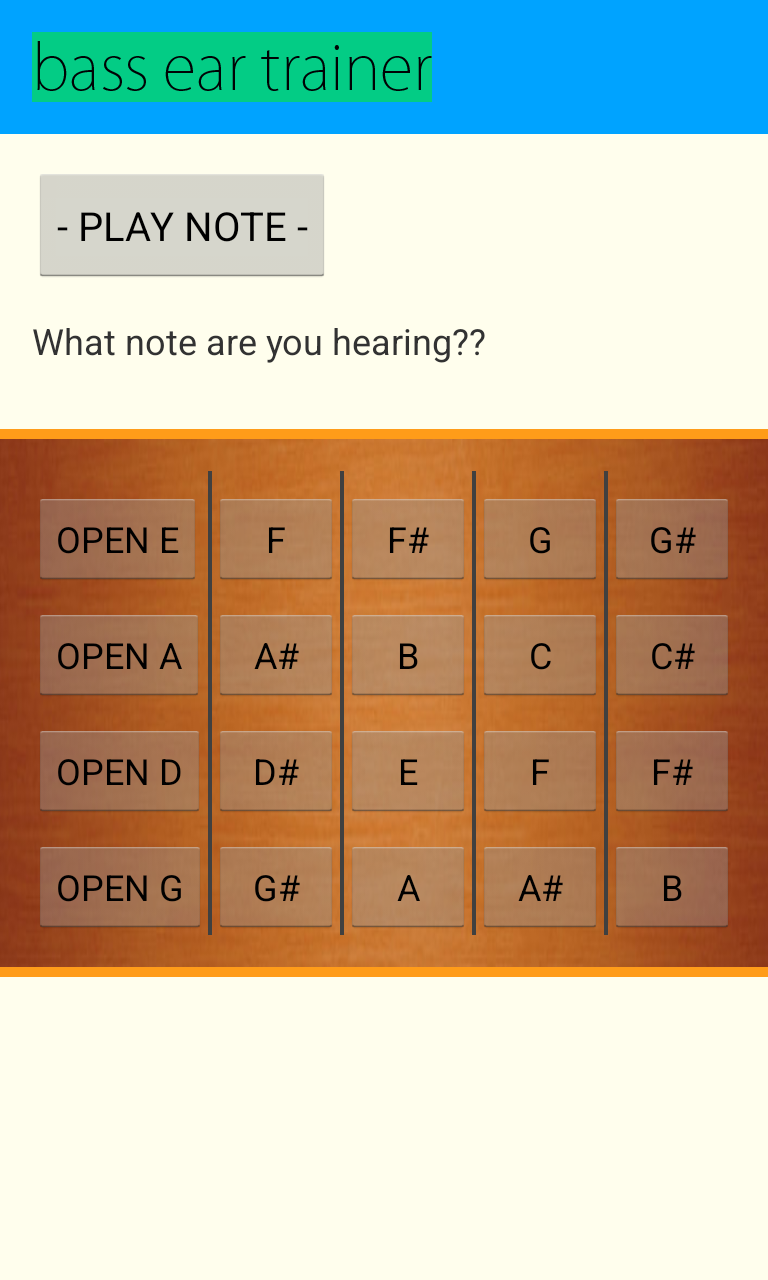
Repository: elliott-ribner/android-guitar-trainer
Layout: randomnotegenerator/res/layout/activity_main.xml
An editor plug-in stored every save of this project. The layout is shown before and after the next save, followed by the edit.
It is drawn on a 768 x 1280 px phone screen (xhdpi) without system bars, with theme AppTheme; the app's code is not run.

Above is the layout before, as saved 2014-06-09 01:37:56.

### randomnotegenerator/res/layout/activity_main.xml
<LinearLayout xmlns:android="http://schemas.android.com/apk/res/android"
    xmlns:tools="http://schemas.android.com/tools"
    android:layout_width="match_parent"
    android:layout_height="match_parent"
    android:background="#FFFEED"
    android:orientation="vertical"
    tools:context="com.elliott.randomnotegenerator.MainActivity$PlaceholderFragment" >

    <LinearLayout
        android:layout_width="fill_parent"
        android:layout_height="wrap_content"
        android:background="#00A3FF"
        android:paddingBottom="@dimen/activity_vertical_margin"
        android:paddingLeft="@dimen/activity_horizontal_margin"
        android:paddingRight="@dimen/activity_horizontal_margin"
        android:paddingTop="@dimen/activity_vertical_margin" >

        <LinearLayout
            android:layout_width="wrap_content"
            android:layout_height="wrap_content"
            android:background="@drawable/title"
            android:paddingBottom="@dimen/activity_vertical_margin"
            android:paddingLeft="@dimen/activity_horizontal_margin"
            android:paddingRight="@dimen/activity_horizontal_margin"
            android:paddingTop="@dimen/activity_vertical_margin" />
    </LinearLayout>

    <LinearLayout
        android:layout_width="fill_parent"
        android:layout_height="wrap_content"
        android:orientation="vertical"
        android:paddingBottom="@dimen/activity_vertical_margin"
        android:paddingLeft="@dimen/activity_horizontal_margin"
        android:paddingRight="@dimen/activity_horizontal_margin"
        android:paddingTop="@dimen/activity_vertical_margin" >

        <Button
            android:id="@+id/ButtonPlay"
            android:layout_width="wrap_content"
            android:layout_height="wrap_content"
            android:paddingBottom="@dimen/activity_vertical_margin"
            android:paddingTop="@dimen/activity_vertical_margin"
            android:text="@string/play"
            android:textSize="20sp" />

        <TextView
            android:id="@+id/promptBox"
            android:layout_width="wrap_content"
            android:layout_height="wrap_content"
            android:paddingBottom="@dimen/activity_vertical_margin"
            android:paddingTop="@dimen/activity_vertical_margin"
            android:text="@string/prompt"
            android:textSize="18sp" />
    </LinearLayout>

    <LinearLayout
        android:layout_width="fill_parent"
        android:layout_height="5dip"
        android:background="#FF9C19"
        android:paddingBottom="@dimen/activity_vertical_margin"
        android:paddingLeft="@dimen/activity_horizontal_margin"
        android:paddingRight="@dimen/activity_horizontal_margin"
        android:paddingTop="@dimen/activity_vertical_margin" />

    <LinearLayout
        android:layout_width="fill_parent"
        android:layout_height="wrap_content"
        android:background="@drawable/background"
        android:orientation="horizontal"
        android:paddingBottom="@dimen/activity_vertical_margin"
        android:paddingLeft="@dimen/activity_horizontal_margin"
        android:paddingRight="@dimen/activity_horizontal_margin"
        android:paddingTop="@dimen/activity_vertical_margin" >

        <LinearLayout
            android:layout_width="wrap_content"
            android:layout_height="wrap_content"
            android:orientation="vertical" >

            <Button
                android:id="@+id/ButtonEL"
                android:layout_width="wrap_content"
                android:layout_height="wrap_content"
                android:layout_marginTop="10dp"
                android:text="@string/el" />

            <Button
                android:id="@+id/ButtonAL"
                android:layout_width="wrap_content"
                android:layout_height="wrap_content"
                android:layout_marginTop="10dp"
                android:text="@string/al" />

            <Button
                android:id="@+id/ButtonD"
                android:layout_width="wrap_content"
                android:layout_height="wrap_content"
                android:layout_marginTop="10dp"
                android:text="@string/d" />

            <Button
                android:id="@+id/ButtonG"
                android:layout_width="wrap_content"
                android:layout_height="wrap_content"
                android:layout_marginTop="10dp"
                android:text="@string/g" />
        </LinearLayout>

        <View
            android:layout_width="2dip"
            android:layout_height="fill_parent"
            android:background="#404040" />

        <LinearLayout
            android:layout_width="wrap_content"
            android:layout_height="wrap_content"
            android:orientation="vertical" >

            <Button
                android:id="@+id/ButtonFL"
                android:layout_width="wrap_content"
                android:layout_height="wrap_content"
                android:layout_marginTop="10dp"
                android:text="@string/fl" />

            <Button
                android:id="@+id/ButtonASL"
                android:layout_width="wrap_content"
                android:layout_height="wrap_content"
                android:layout_marginTop="10dp"
                android:text="@string/asl" />

            <Button
                android:id="@+id/ButtonDS"
                android:layout_width="wrap_content"
                android:layout_height="wrap_content"
                android:layout_marginTop="10dp"
                android:text="@string/ds" />

            <Button
                android:id="@+id/ButtonGS"
                android:layout_width="wrap_content"
                android:layout_height="wrap_content"
                android:layout_marginTop="10dp"
                android:text="@string/gs" />
        </LinearLayout>

        <View
            android:layout_width="2dip"
            android:layout_height="fill_parent"
            android:background="#404040" />

        <LinearLayout
            android:layout_width="wrap_content"
            android:layout_height="wrap_content"
            android:orientation="vertical" >

            <Button
                android:id="@+id/ButtonFSL"
                android:layout_width="wrap_content"
                android:layout_height="wrap_content"
                android:layout_marginTop="10dp"
                android:text="@string/fsl" />

            <Button
                android:id="@+id/ButtonBL"
                android:layout_width="wrap_content"
                android:layout_height="wrap_content"
                android:layout_marginTop="10dp"
                android:text="@string/bl" />

            <Button
                android:id="@+id/ButtonE"
                android:layout_width="wrap_content"
                android:layout_height="wrap_content"
                android:layout_marginTop="10dp"
                android:text="@string/e" />

            <Button
                android:id="@+id/ButtonA"
                android:layout_width="wrap_content"
                android:layout_height="wrap_content"
                android:layout_marginTop="10dp"
                android:text="@string/a" />
        </LinearLayout>

        <View
            android:layout_width="2dip"
            android:layout_height="fill_parent"
            android:background="#404040" />

        <LinearLayout
            android:layout_width="wrap_content"
            android:layout_height="wrap_content"
            android:orientation="vertical" >

            <Button
                android:id="@+id/ButtonGL"
                android:layout_width="wrap_content"
                android:layout_height="wrap_content"
                android:layout_marginTop="10dp"
                android:text="@string/gl" />

            <Button
                android:id="@+id/ButtonC"
                android:layout_width="wrap_content"
                android:layout_height="wrap_content"
                android:layout_marginTop="10dp"
                android:text="@string/c" />

            <Button
                android:id="@+id/ButtonF"
                android:layout_width="wrap_content"
                android:layout_height="wrap_content"
                android:layout_marginTop="10dp"
                android:text="@string/f" />

            <Button
                android:id="@+id/ButtonAS"
                android:layout_width="wrap_content"
                android:layout_height="wrap_content"
                android:layout_marginTop="10dp"
                android:text="@string/as" />
        </LinearLayout>

        <View
            android:layout_width="2dip"
            android:layout_height="fill_parent"
            android:background="#404040" />

        <LinearLayout
            android:layout_width="wrap_content"
            android:layout_height="wrap_content"
            android:orientation="vertical" >

            <Button
                android:id="@+id/ButtonGSL"
                android:layout_width="wrap_content"
                android:layout_height="wrap_content"
                android:layout_marginTop="10dp"
                android:text="@string/gsl" />

            <Button
                android:id="@+id/ButtonCS"
                android:layout_width="wrap_content"
                android:layout_height="wrap_content"
                android:layout_marginTop="10dp"
                android:text="@string/cs" />

            <Button
                android:id="@+id/ButtonFS"
                android:layout_width="wrap_content"
                android:layout_height="wrap_content"
                android:layout_marginTop="10dp"
                android:text="@string/fs" />

            <Button
                android:id="@+id/ButtonB"
                android:layout_width="wrap_content"
                android:layout_height="wrap_content"
                android:layout_marginTop="10dp"
                android:text="@string/b" />
        </LinearLayout>
    </LinearLayout>

    <LinearLayout
        android:layout_width="fill_parent"
        android:layout_height="5dip"
        android:background="#FF9C19"
        android:paddingBottom="@dimen/activity_vertical_margin"
        android:paddingLeft="@dimen/activity_horizontal_margin"
        android:paddingRight="@dimen/activity_horizontal_margin"
        android:paddingTop="@dimen/activity_vertical_margin" />

    <LinearLayout
        android:layout_width="fill_parent"
        android:layout_height="wrap_content"
        android:orientation="vertical"
        android:paddingBottom="@dimen/activity_vertical_margin"
        android:paddingLeft="@dimen/activity_horizontal_margin"
        android:paddingRight="@dimen/activity_horizontal_margin"
        android:paddingTop="@dimen/activity_vertical_margin" >

        <TextView
            android:id="@+id/resultBox"
            android:layout_width="wrap_content"
            android:layout_height="wrap_content"
            android:text="@string/result"
            android:textSize="24sp" />
    </LinearLayout>

</LinearLayout>

### randomnotegenerator/res/values/strings.xml
<?xml version="1.0" encoding="utf-8"?>
<resources>

    <string name="app_name">Bass Guitar Ear Trainer</string>
    <string name="hello_world">Hello world!</string>
    <string name="action_settings">Settings</string>
	<string name="play">- PLAY NOTE -</string>
	<string name="prompt">What note are you hearing??</string>
	<string name="result"></string>
	<string name="c">C</string>
	<string name="cs">C#</string>
	<string name="d">OPEN D</string>
	<string name="ds">D#</string>
	<string name="e">E</string>
	<string name="f">F</string>
	<string name="fs">F#</string>
	<string name="g">OPEN G</string>
	<string name="gs">G#</string>
	<string name="a"> A</string>
	<string name="as">A#</string>
	<string name="b">B</string>
	<string name="el">OPEN E</string>
	<string name="fl">F</string>
	<string name="fsl">F#</string>
	<string name="gl">G</string>
	<string name="gsl">G#</string>
	<string name="al">OPEN A</string>
	<string name="asl">A#</string>
	<string name="bl">B</string>

</resources>

Loaded but not shown: randomnotegenerator/res/values/styles.xml (common file); randomnotegenerator/res/values-v11/styles.xml (common file); randomnotegenerator/res/values-v14/styles.xml (common file); randomnotegenerator/res/values/dimens.xml (common file); randomnotegenerator/res/values-w820dp/dimens.xml (common file)

After the next save:
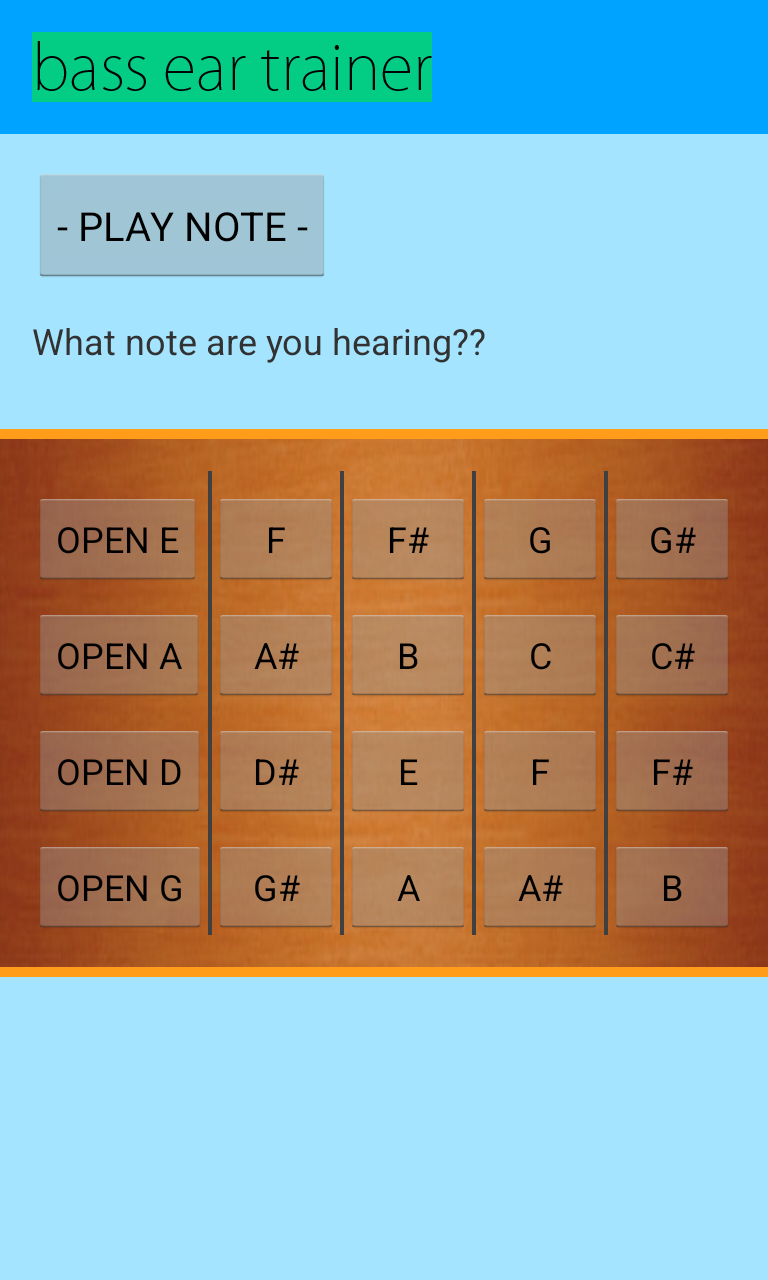
Saved 100 s later.
--- a/randomnotegenerator/res/layout/activity_main.xml
+++ b/randomnotegenerator/res/layout/activity_main.xml
@@ -2,7 +2,7 @@
     xmlns:tools="http://schemas.android.com/tools"
     android:layout_width="match_parent"
     android:layout_height="match_parent"
-    android:background="#FFFEED"
+    android:background="#A4E4FF"
     android:orientation="vertical"
     tools:context="com.elliott.randomnotegenerator.MainActivity$PlaceholderFragment" >
 
